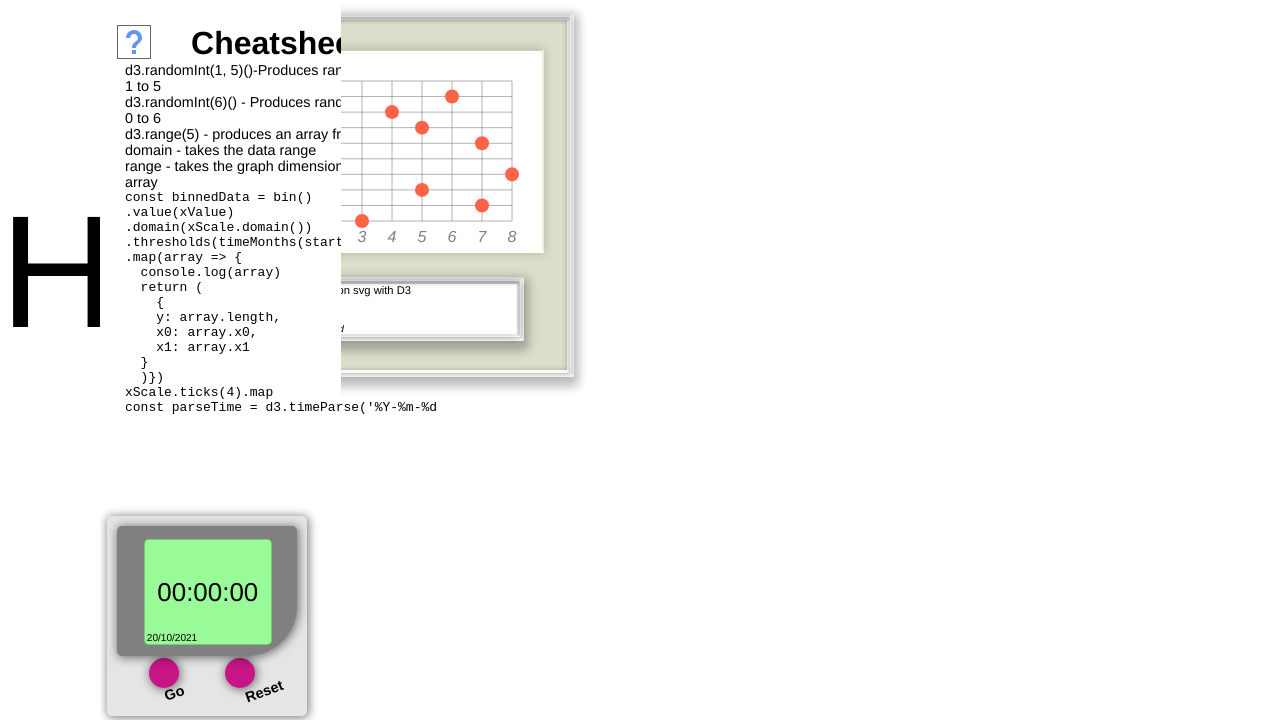
Repository: Lewisjohnward/100-days-of-d3
Page: /
An editor plug-in stored every save of this project. The page is shown before and after the next save, followed by the edit.
The browser window is 1280 px wide. The pictures show the whole page.
The page's requests for data from a server got no answer. An inner scrolling area shows only its first screen. The project was rebuilt for these pictures with package versions that can differ from the ones it lists, and the page was loaded fresh each time. No one was signed in, and anything a server would have sent is missing. Also part of the build but not shown: src/charts/chart2/useGetData.js, src/charts/chart2/styles.js, src/charts/chart2/Chart.js, src/charts/chart3/useGetData.js, src/charts/chart3/styles.js, src/charts/chart3/Chart.js, src/charts/chart4/useGetData.js, src/charts/chart4/styles.js and 4 more.

Above is the page before, as saved 2021-10-20 15:44:01.

### src/App.js
import styled from "styled-components";
import { Chart1, Chart2, Chart3, Chart4, Chart5 } from "./charts/index.js";
import { Hello } from "./components/HelloD3";
import { Navbar } from "./components/Navbar.js";

const BodyContainer = styled.div`
  position: relative;
  z-index: 99;
  display: flex;
  height: ${({ height }) => height}px;
  overflow: hidden;
`;

const ChartGrid = styled.div`
  width: 75%;
  display: grid;
  overflow: scroll;
  grid-template-columns: repeat(3, 400px);
  grid-template-rows: repeat(2, 400px);
  justify-content: center;
  align-items: start;
  align-content: start;
  grid-gap: 0px;
  border-left: 1px solid black;
  padding: 1%;
`;



const height = window.innerHeight;

function App() {
  return (
    <BodyContainer height={height}>
      <Hello />
      <Navbar />
      <ChartGrid>
        <Chart1 />
        <Chart2 />
        <Chart2 />
        <Chart3 />
        <Chart4 />
        <Chart5 />
      </ChartGrid>
    </BodyContainer>
  );
}

export default App;

### src/index.css
*{
    margin: 0;
    padding: 0;
}

body {
    font-family: Helvetica, "Trebuchet MS", Verdana, sans-serif;
}

### src/charts/index.js
export { Test as Chart1} from "./chart1/Chart"
export { Chart as Chart2} from "./chart2/Chart"
export { Chart as Chart3} from "./chart3/Chart"
export { Chart as Chart4} from "./chart4/Chart"
export { Chart as Chart5} from "./chart5/Chart"

### src/components/HelloD3.js
import { useState } from "react";
import styled, { keyframes } from "styled-components";

const letterAnimation = keyframes`
    0% {transform: rotate(0deg);}
    20% {transform: rotate(-45deg);}
    100% {transform: rotate(-45deg);}
`;

const TextContainer = styled.div`
  position: absolute;
  top: 25%;
  display: flex;
  font-size: 10em;

`;

const LetterContainer = styled.div`
  &.fallanimation {
    transition: transform 1s;
    transform: translateY(942px);
  }

  p {
    font-weight: ${({bold}) => bold ? 600: 300};
    &.fallanimation {
      animation: ${letterAnimation} ease-out 1s forwards;
    }
  }
`;

const word = "Hello";
const d3 = "D3"
const d3Array = d3.split("");
const wordArray = word.split("");
const height = window.innerHeight;

export const Hello = () => {
  return (
    <TextContainer>
      {wordArray.map((d) => (
        <Letter letter={d} />
      ))}
      {d3Array.map((d) => (
        <Letter letter={d} bold={true}/>
      ))}
    </TextContainer>
  );
};

const Letter = ({ letter, bold}) => {
  const [visible, setVisible] = useState(true);

  const handleMouseEnter = () => {
    setVisible((prev) => !prev);
  };

  return (
    <LetterContainer className={!visible && "fallanimation"} height={height} bold={bold}>
      <p
        className={!visible && "fallanimation"}
        onMouseEnter={() => handleMouseEnter()}
      >
        {letter}
      </p>
    </LetterContainer>
  );
};

### src/components/Navbar.js
import { useState } from "react";
import styled from "styled-components";
import { TimerComponent as Timer } from "./Timer";
import { IoMdHelp } from "react-icons/io";

const NavContainer = styled.div`
  height: 100%;
  width: 25%;
  overflow: hidden;
  background: white;
  padding: 25px 10px 25px 25px;

  > p {
    font-size: 0.9em;
  }

  &.open{
      transition: all 1s ease-in;
      transform: translateX(100px);
  }
  &.close{
      transition: all 1s ease-in;
      transform: translateX(-100px);
  }
`;

const Title = styled.div`
  font-size: 2em;
  font-weight: 700;
  text-align: center;
`;

const Icon = styled(IoMdHelp)`
    position: absolute;
    left: 5%;
    top: 5;
    font-size: 2em;
    color: cornflowerblue;
    cursor: pointer;
    border: 1px solid rgba(0, 0, 0, 0.6);
`;

const code = `const binnedData = bin()
.value(xValue)
.domain(xScale.domain())
.thresholds(timeMonths(start, stop))(data)
.map(array => {
  console.log(array)
  return (
    {
    y: array.length,
    x0: array.x0,
    x1: array.x1
  }
  )})`;

export const Navbar = () => {
  const [visible, setVisible] = useState(true);
  return (
    <NavContainer className={visible ? 'open' : 'close'}>
      <Icon onClick={() => setVisible(prev => !prev)}/>
      <Title>Cheatsheet</Title>
      <p>d3.randomInt(1, 5)()-Produces random int from 1 to 5</p>
      <p>d3.randomInt(6)() - Produces random into from 0 to 6</p>
      <p>d3.range(5) - produces an array from 0 to value</p>
      <p>domain - takes the data range</p>
      <p>range - takes the graph dimension and returns array</p>
      <pre>
        <code>{code}</code>
      </pre>
      <pre>
        <code>xScale.ticks(4).map</code>
      </pre>
      <pre>
        <code>const parseTime = d3.timeParse('%Y-%m-%d');</code>
      </pre>
      <Timer />
    </NavContainer>
  );
};

### src/charts/chart1/Chart.js
import { useState } from "react";
import { randomInt, range, scaleLinear, max } from "d3";
import {
  Frame,
  Svg,
  ChartContainer,
  Description,
  DescriptionContainer,
  Signature,
} from "./styles";

const data = range(10).map((d) => ({
  a: randomInt(10)(),
  b: d,
}));

const margin = {
  top: 30,
  right: 30,
  bottom: 30,
  left: 30,
};

const height = 200;
const width = 300;

const AxisTickOffset = 7;

const innerHeight = height - margin.top - margin.bottom;
const innerWidth = width - margin.left - margin.right;

export const Chart = () => {
  const xValue = (d) => d.a;
  const yValue = (d) => d.b;

  const xAxisScale = scaleLinear()
    .domain([0, max(data, xValue)])
    .range([0, innerWidth])
    .nice();

  const yAxisScale = scaleLinear()
    .domain([0, max(data, yValue)])
    .range([innerHeight, 0])
    .nice();

  return (
    <Frame>
      <ChartContainer>
        <Svg height={height} width={width}>
          <g transform={`translate(${margin.left}, ${margin.top})`}>
            {xAxisScale.ticks().map((tickValue) => (
              <g transform={`translate(${xAxisScale(tickValue)}, 0)`}>
                <line y2={innerHeight} stroke="black" />
                <text
                  y={innerHeight + 3 * AxisTickOffset}
                  style={{ textAnchor: "middle" }}
                >
                  {tickValue}
                </text>
              </g>
            ))}

            {yAxisScale.ticks().map((tickValue) => (
              <g transform={`translate(0, ${yAxisScale(tickValue)})`}>
                <line x2={innerWidth} stroke="black" />
                <text
                  x={-AxisTickOffset}
                  dy="0.32em"
                  style={{ textAnchor: "end" }}
                >
                  {tickValue}
                </text>
              </g>
            ))}
            {data.map(({ a, b }) => (
              <Mark x={xAxisScale(a)} y={yAxisScale(b)} r={7} />
            ))}
          </g>
        </Svg>

        <Frame small={"true"}>
          <DescriptionContainer>
            <Description>Scatter graph on svg with D3</Description>
            <Signature>09/10/21 - L Ward</Signature>
          </DescriptionContainer>
        </Frame>
      </ChartContainer>
    </Frame>
  );
};

export const Chart1= () => {
  const xValue = (d) => d.a;
  const yValue = (d) => d.b;

  const xAxisScale = scaleLinear()
    .domain([0, max(data, xValue)])
    .range([0, innerWidth])
    .nice();

  const yAxisScale = scaleLinear()
    .domain([0, max(data, yValue)])
    .range([innerHeight, 0])
    .nice();

  return (
        <Svg height={height} width={width}>
          <g transform={`translate(${margin.left}, ${margin.top})`}>
            {xAxisScale.ticks().map((tickValue) => (
              <g transform={`translate(${xAxisScale(tickValue)}, 0)`}>
                <line y2={innerHeight} stroke="black" />
                <text
                  y={innerHeight + 3 * AxisTickOffset}
                  style={{ textAnchor: "middle" }}
                >
                  {tickValue}
                </text>
              </g>
            ))}

            {yAxisScale.ticks().map((tickValue) => (
              <g transform={`translate(0, ${yAxisScale(tickValue)})`}>
                <line x2={innerWidth} stroke="black" />
                <text
                  x={-AxisTickOffset}
                  dy="0.32em"
                  style={{ textAnchor: "end" }}
                >
                  {tickValue}
                </text>
              </g>
            ))}
            {data.map(({ a, b }) => (
              <Mark x={xAxisScale(a)} y={yAxisScale(b)} r={7} />
            ))}
          </g>
        </Svg>
  );
};

const Mark = ({ x, y, r }) => {
  const [tooltipVisible, setToolTipVisible] = useState(false);

  return (
    <>
    <circle
        cx={x}
        cy={y}
        r={r}
        fill={"black"}
        onMouseEnter={() => setToolTipVisible(!tooltipVisible)}
        onMouseLeave={() => setToolTipVisible(!tooltipVisible)}
      />
      {tooltipVisible && <rect x={x + 10} y={y - 25} height={50} width={50} rx={5} />}

    </>
  );
};

export const Test = () => {
  return (
    <Frame>
    <ChartContainer>
      <Chart1 />
    <Frame small={"true"}>
          <DescriptionContainer>
          <Description>Scatter graph on svg with D3</Description>
            <Signature>09/10/21 - L Ward</Signature>
          </DescriptionContainer>
        </Frame>
      </ChartContainer>
    </Frame>
  )


}

### src/components/Timer.js
import { useState, useEffect } from "react";
import styled, { keyframes } from "styled-components";

const Icon = styled.div`
  position: absolute;
  bottom: 7%;
  left: 2%;
  height: 200px;
  width: 200px;
  padding: 0px;
  margin: 0px;

  color: black;
  overflow: hidden;
  background: rgb(229, 229, 229);
  opacity: 1;
  text-shadow: none;
  font-weight: 300;
  font-size: 0.9em;
  box-shadow: 1px 1px 10px 1px rgba(0, 0, 0, 0.5);
  border-radius: 5px;
`;

const Container = styled.div`
  height: 100%;
  width: 100%;
  display: flex;
  flex-direction: column;
  justify-content: center;
  align-items: center;
`;

const Timer = styled.div`
  position: relative;
  background: gray;
  height: 65%;
  width: 90%;
  border-radius: 5px 5px 50px 5px;
  box-shadow: 1px 1px 10px 1px rgba(0, 0, 0, 0.5);
`;

const TimerContainer = styled.div`
  position: absolute;
  top: 10%;
  left: 15%;
  height: 80%;
  width: 70%;
  display: flex;
  justify-content: center;
  align-items: center;

  background: palegreen;
  border-radius: 5px;
  border: 1px solid rgba(0, 0, 0, 0.2);
  font-size: 1.8em;
`;

const ButtonContainer = styled.div`
  height: 25%;
  width: 80%;
  display: flex;

  flex-direction: row;
  justify-content: space-around;
  align-items: center;
`;

const Start_StopContainer = styled.div`
  display: flex;
  align-items: center;
  justify-content: center;
  background: mediumvioletred;
  width: 30px;
  height: 30px;
  border-radius: 100%;
  box-shadow: 1px 1px 10px 1px rgba(0, 0, 0, 0.5);
  font-size: 1.2em;
  font-weight: 800;
  cursor: pointer;

  &:active {
    transition: transform 0.1s box-shadow 0.1s;
    transform: translateY(10%);
  }
`;

const ButtonDiv = styled.div`
  font-weight: 600;

  p {
    transform: translate(50%, -30%) rotate(-20deg);
  }
`;

const DateContainer = styled.div`
  position: absolute;
  top: 58%;
  left: 20%;
  font-size: 0.7em;
  text-decoration: italic;

  .today {
    right: 0%;
  }
`;

export const TimerComponent = ({ grid }) => {
  const [seconds, setSeconds] = useState(0);
  const [active, setActive] = useState(false);

  useEffect(() => {
    const seconds = parseInt(localStorage.getItem("seconds-d3")) || 0;
    const active = localStorage.getItem("state-d3") || false;
    setActive(active);
    setSeconds(seconds);
  }, []);

  useEffect(() => {
    if (active) {
      setTimeout(() => {
        setSeconds((prev) => prev + 1);
      }, 1000);
    }
    localStorage.setItem("seconds-d3", seconds);
    localStorage.setItem("state-d3", active);
  }, [active, seconds]);

  function secondsToTime(e) {
    var h = Math.floor(e / 3600)
        .toString()
        .padStart(2, "0"),
      m = Math.floor((e % 3600) / 60)
        .toString()
        .padStart(2, "0"),
      s = Math.floor(e % 60)
        .toString()
        .padStart(2, "0");

    return h + ":" + m + ":" + s;
    //return `${h}:${m}:${s}`;
  }

  return (
    <Icon className={`icon`}>
      <Container>
        <Timer>
          <TimerContainer>{secondsToTime(seconds)}</TimerContainer>
        </Timer>
        <DateContainer>20/10/2021</DateContainer>

        <ButtonContainer>
          <ButtonDiv>
            <Start_StopContainer
              onClick={() => {
                if (!active) {
                  setActive(true);
                }
              }}
            />
            <p>Go</p>
          </ButtonDiv>
          {active ? (
            <ButtonDiv>
              <Start_StopContainer onClick={() => setActive(false)} />
              <p>Stop</p>
            </ButtonDiv>
          ) : (
            <ButtonDiv>
              <Start_StopContainer onClick={() => setSeconds(0)} />
              <p>Reset</p>
            </ButtonDiv>
          )}
        </ButtonContainer>
      </Container>
    </Icon>
  );
};

### src/charts/chart1/styles.js
import styled from "styled-components";

export const Frame = styled.div`
  height: ${({ small }) => (small ? "50px" : "350px")};
  width: ${({ small }) => (small ? "250px" : "350px")};
  background-color: #ddc;
  border: solid 1vmin #eee;
  border-bottom-color: #fff;
  border-left-color: #eee;
  border-radius: 2px;
  border-right-color: #eee;
  border-top-color: #ddd;
  box-shadow: 0 0 5px 0 rgba(0, 0, 0, 0.25) inset,
    0 5px 10px 5px rgba(0, 0, 0, 0.25);

  position: relative;
  text-align: center;
  &:before {
    border-radius: 2px;
    bottom: -0.4vmin;
    box-shadow: 0 2px 5px 0 rgba(0, 0, 0, 0.25) inset;
    content: "";
    left: -0.4vmin;
    position: absolute;
    right: -0.4vmin;
    top: -0.4vmin;
  }
  &:after {
    border-radius: 2px;
    bottom: -0.5vmin;
    box-shadow: 0 2px 5px 0 rgba(0, 0, 0, 0.25);
    content: "";
    left: -0.5vmin;
    position: absolute;
    right: -0.5vmin;
    top: -0.5vmin;
  }
`;

export const ChartContainer = styled.div`
position: relative;
z-index: 999;
  display: flex;
  flex-direction: column;
  justify-content: space-around;
  align-items: center;
  height: 100%;
  width: 100%;
  padding: 5% 1%;
  box-sizing: border-box;
`;

export const Svg = styled.svg`
  height: ${({ height }) => height}px;
  width: ${({ width }) => width}px;
  background: white;
  box-shadow: 0px 0px 10px 0px rgba(0, 0, 0, 0.2);
  border: solid 2px;
  border-bottom-color: #ffe;
  border-left-color: #eed;
  border-right-color: #eed;
  border-top-color: #ccb;


  line {
    stroke: gray;
    opacity: 0.6;
  }

  circle {
    fill: tomato;
  }

  text {
    font-style: italic;
    fill: gray;
  }

  rect {
    stroke: tomato;
    fill: white;
  }
`;

export const DescriptionContainer = styled.div`
  box-sizing: border-box;
  display: flex;
  flex-direction: column;
  justify-content: space-between;
  width: 100%;
  height: 100%;
  box-shadow: 0px 0px 10px 0px rgba(0, 0, 0, 0.2);
  background: white;
`;

export const Description = styled.p`
  text-align: left;
  font-size: 0.7em;
`;

export const Signature = styled.p`
  text-align: left;
  font-style: italic;
  font-size: 0.6em;
`;

Loaded but not shown: public/index.html (common file); src/index.js (common file)

After the next save:
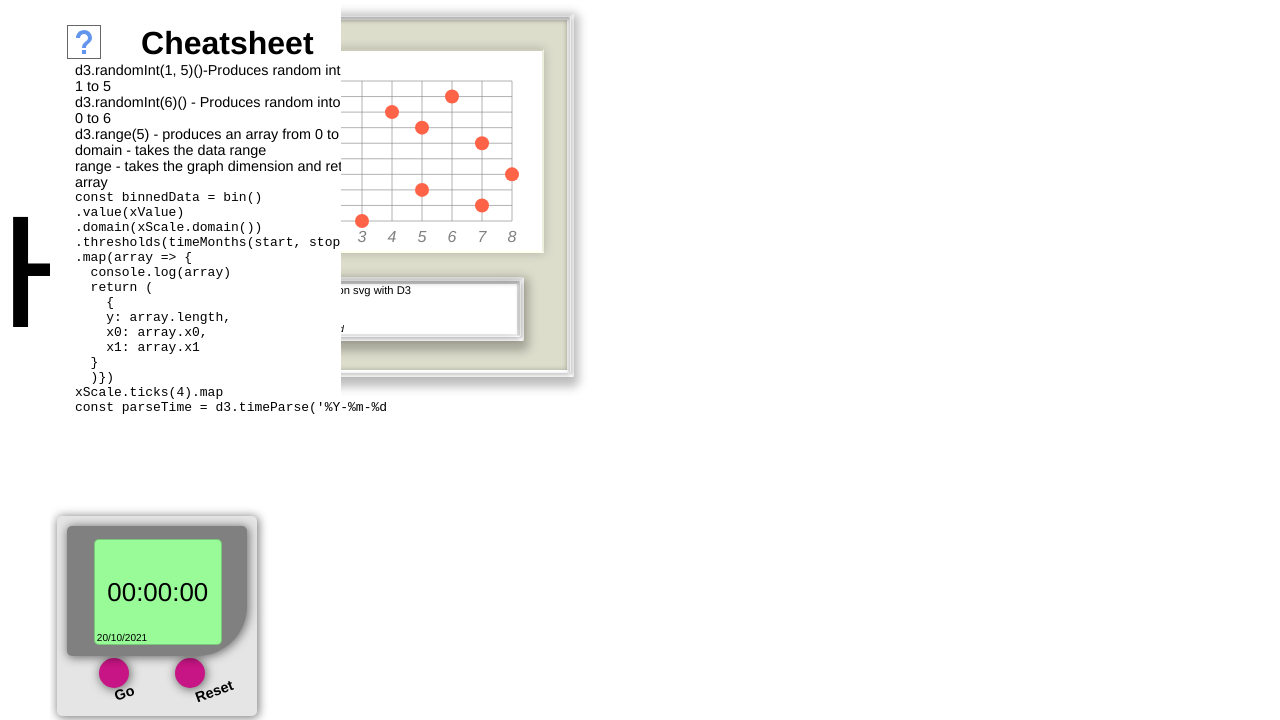
Saved 25 s later.
--- a/src/components/Navbar.js
+++ b/src/components/Navbar.js
@@ -16,7 +16,7 @@ const NavContainer = styled.div`
 
   &.open{
       transition: all 1s ease-in;
-      transform: translateX(100px);
+      transform: translateX(50px);
   }
   &.close{
       transition: all 1s ease-in;
